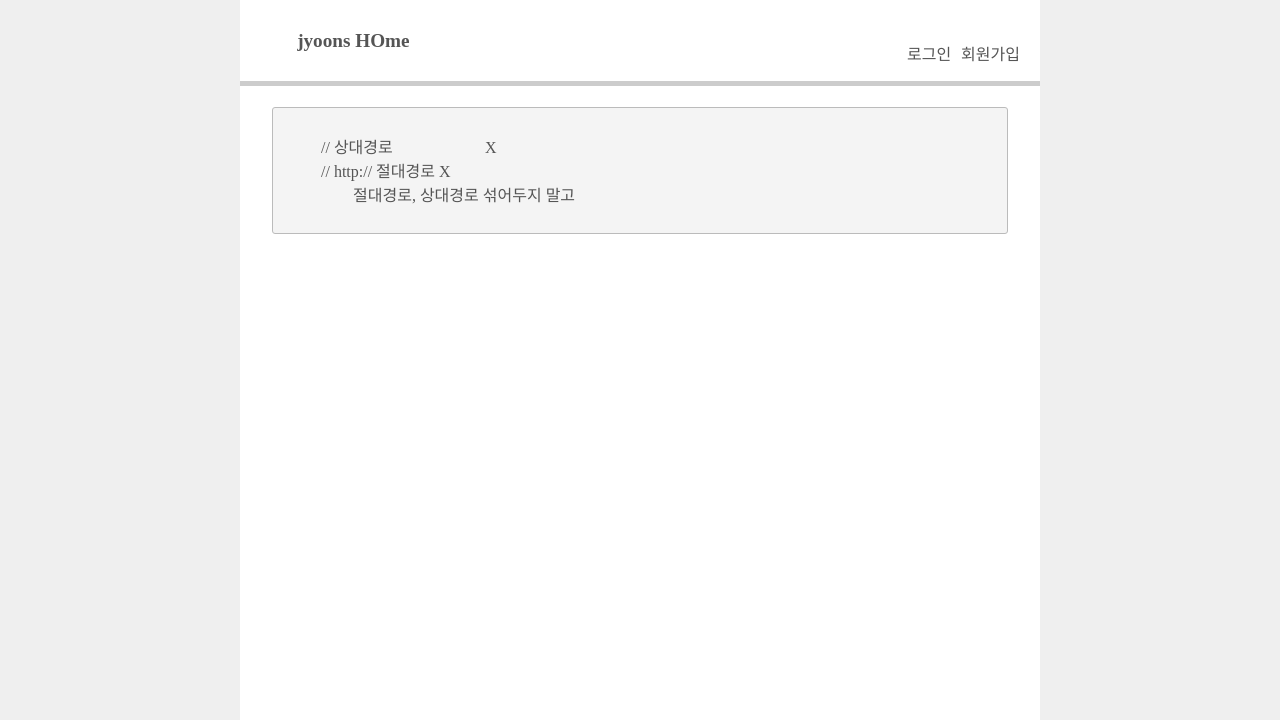
Repository: jyoons00/JSP-sample
Page: http://localhost/jspPro/days02/ex02.jsp
The author's editor kept a copy of each file at every save. The page is drawn from the files as they stood at one save, then again after the next save.
The browser window is 1280 px wide. The pictures show the whole page.
Some web fonts or font styles are not loaded; a fallback is used. The page is served by Tomcat 9.

Above is the page before, as saved 2024-10-16 05:44:00.

After the next save:
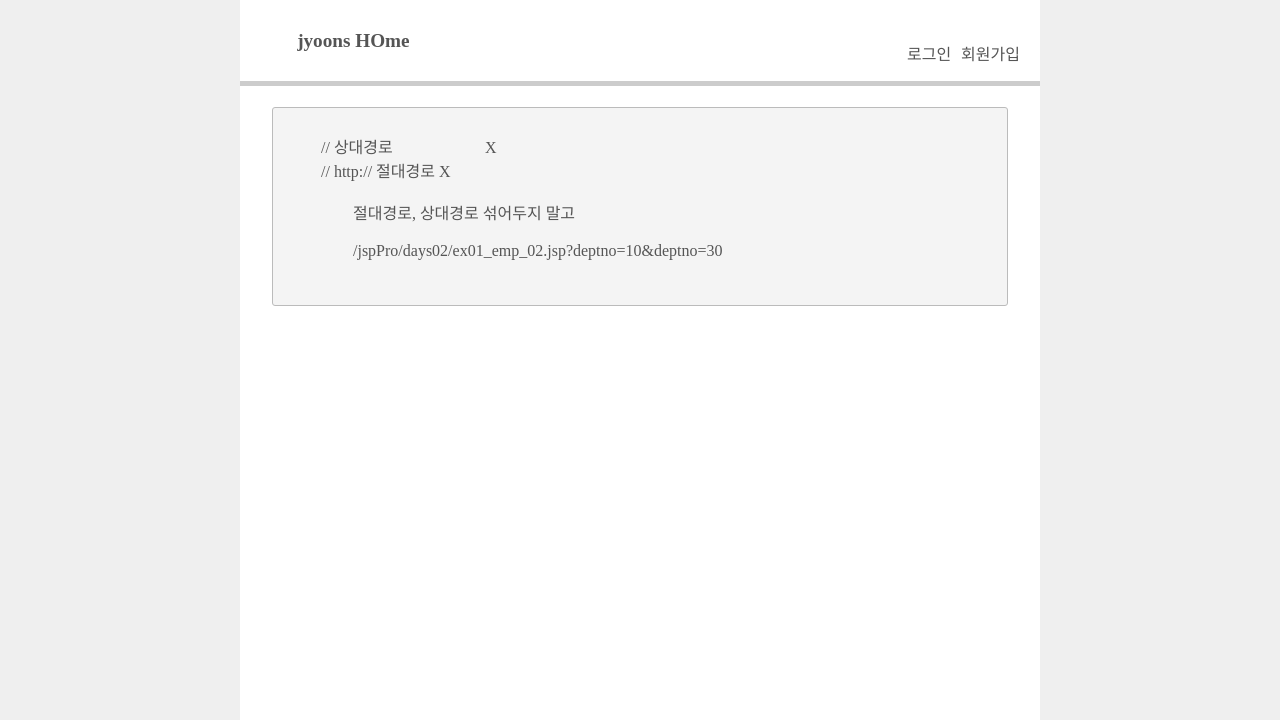
Saved 99 s later.
--- a/jspPro/src/main/webapp/days02/ex02.jsp
+++ b/jspPro/src/main/webapp/days02/ex02.jsp
@@ -36,7 +36,11 @@
       <xmp class="code">
         // 상대경로			 X
         // http:// 절대경로 X
+
    		절대경로, 상대경로 섞어두지 말고
+
+   		/jspPro/days02/ex01_emp_02.jsp?deptno=10&deptno=30
+
   	  </xmp>
     </div>
 
